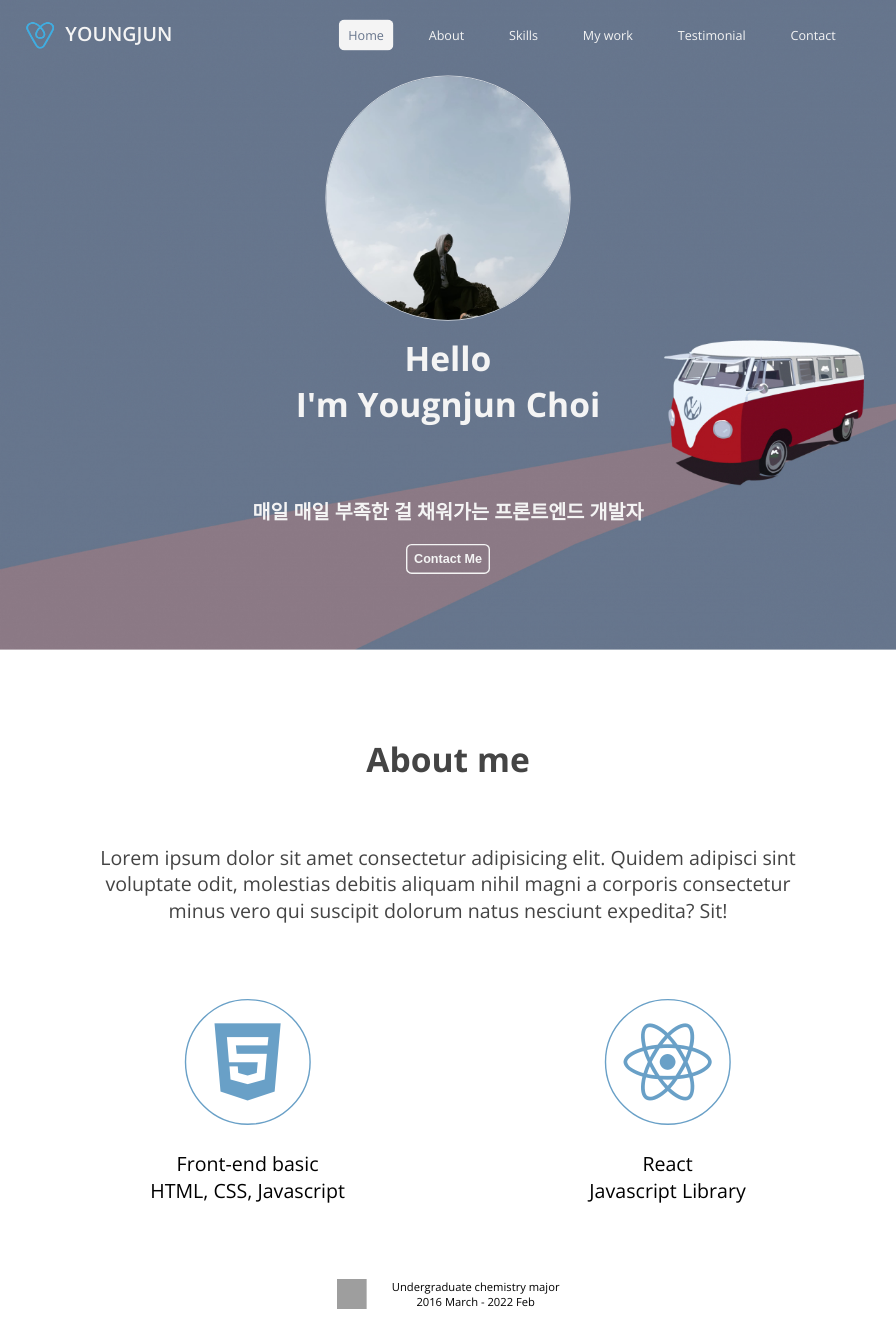
Repository: choi2021/portfolio-vanillaJS
Page: index.html
These files come from the project's save history. The page is drawn as it stood at one moment and after the next save; the edit follows.
The browser window is 1280 px wide. The pictures show the part of the page from y = 0 to 1920 px (the page is 5636 px tall), at 70% of full size.
Pictures or frames that could not be fetched are drawn as grey boxes. Some web libraries are served in a nearby version.

Above is the page before, as saved 2022-01-08 14:48:54.

### index.html
<!DOCTYPE html>
<html lang="en">

<head>
  <meta charset="UTF-8">
  <meta http-equiv="X-UA-Compatible" content="IE=edge">
  <meta name="viewport" content="width=device-width, initial-scale=1.0">
  <title>Youngjun's Portfolio</title>
  <meta name="description" content="Front-end developer Youngjun">
  <meta name="author" content="Youngjun ">
  <link rel="icon" href="public/favicon.png" type="public/png">
  <link rel="stylesheet" href="style.css">
  <script src="main.js" defer></script>
  <script src="https://kit.fontawesome.com/a6a726722e.js" crossorigin="anonymous"></script>
  <link href="https://fonts.googleapis.com/css2?family=Open+Sans:wght@400;600;700&display=swap" rel="stylesheet">
</head>

<body>
  <!-- Navbar -->
  <nav class="navbar">
    <div class="navbar__logo">
      <img src="public/favicon.png" alt="logo">
      <a href="#">YOUNGJUN</a>
    </div>
    <ul class="navbar__menu">
      <li class="navbar__menu__item active">Home</li>
      <li class="navbar__menu__item">About</li>
      <li class="navbar__menu__item">Skills</li>
      <li class="navbar__menu__item">My work</li>
      <li class="navbar__menu__item">Testimonial</li>
      <li class="navbar__menu__item">Contact</li>
    </ul>
  </nav>
  <!-- Home -->
  <section class="home">
    <img class="home__avatar" src="public/profile.jpg" alt="home-img">
    <h1 class="title">Hello <br> I'm Yougnjun Choi</h1>
    <h3 class="description">매일 매일 부족한 걸 채워가는 프론트엔드 개발자</h3>
    <button class="home__contact">contact me</button>
  </section>
  <!-- About -->
  <section class="about section">
    <div class="section__container">
      <h1 class="title">About me</h1>
      <p class="description">Lorem ipsum dolor sit amet consectetur adipisicing elit. Quidem adipisci sint voluptate
        odit, molestias debitis aliquam nihil magni a corporis consectetur minus vero qui suscipit dolorum natus
        nesciunt
        expedita? Sit!</p>
      <ul class="about__stacks">
        <li class="stack">
          <div class="stack__icon">
            <i class="fab fa-html5"></i>
          </div>
          <div class="stack__title">Front-end basic</div>
          <div class="stack__description">HTML, CSS, Javascript</div>
        </li>
        <li class="stack">
          <div class="stack__icon">
            <i class="fab fa-react"></i>
          </div>
          <div class="stack__title">React</div>
          <div class="stack__description">Javascript Library</div>
        </li>
      </ul>
      <div class="about__experience">
        <img src="public/gist_logo.jpg" alt="">
        <div class="experience__description">
          <div class="experience__name">Undergraduate chemistry major</div>
          <div class="experience__term">2016 March - 2022 Feb</div>
        </div>
      </div>
    </div>
  </section>
  <!-- Skills -->
  <section class="skills section">
    <div class="section__container">
      <h1 class="title">Skills</h1>
      <h2 class="sub_title">Skills & Attributes</h2>
      <p class="description">Lorem ipsum dolor sit amet, consectetur adipisicing elit. Harum cupiditate magnam modi
        eius? Soluta,
        quidem sed dicta animi maiores nemo laudantium dolores aliquam, molestias suscipit id accusantium unde
        temporibus
        nostrum.</p>
      <div class="skillset">
        <div class="skillset__left">
          <h3 class="skillset__title">Skills</h3>
          <div class="skill">
            <div class="skill__description">
              <span class="description__name">HTML</span>
              <span class="description__figure">80%</span>
            </div>
            <div class="skill__bar">
              <div class="skill__value" style="width: 80%"></div>
            </div>
          </div>
          <div class="skill">
            <div class="skill__description">
              <span class="description__name">CSS</span>
              <span class="description__figure">60%</span>
            </div>
            <div class="skill__bar">
              <div class="skill__value" style="width: 60%"></div>
            </div>
          </div>
          <div class="skill">
            <div class="skill__description">
              <span class="description__name">Javascript</span>
              <span class="description__figure">40%</span>
            </div>
            <div class="skill__bar">
              <div class="skill__value" style="width: 40%"></div>
            </div>
          </div>
          <div class="skill">
            <div class="skill__description">
              <span class="description__name">React</span>
              <span class="description__figure">10%</span>
            </div>
            <div class="skill__bar">
              <div class="skill__value" style="width:10%"></div>
            </div>
          </div>
        </div>
        <div class="skillset__right">
          <section class="tools">
            <h3 class="tools__title">Tools</h3>
            <ul class="tools__list">
              <li>
                <span>Visual Studio</span>
              </li>
            </ul>
          </section>
          <section class="etc">
            <h3 class="skillset__title">Etc</h3>
            <ul class="etc__list">
              <li>
                <span>Git</span>
              </li>
            </ul>
          </section>
        </div>
      </div>
    </div>
  </section>
  <section class="work section">
    <div class="section__container">
      <h1 class="title">My Work</h1>
      <h2 class="description">Projects</h2>
      <div class="work__categories">
        <button class="category__btn active">
          All
          <span class="category__count">8</span>
        </button>
        <button class="category__btn">HTML+CSS<span class="category__count">3</span></button>
        <button class="category__btn">HTML+CSS+Javascript<span class="category__count">3</span></button>
        <button class="category__btn">React<span class="category__count">2</span></button>
      </div>
      <div class="work__projects">
        <a href="#" class="project">
          <img src="public/background.jpg" alt="">
          <div class="project__description">
            <h3>Youtube UI</h3>
            <span>Clone coding with HTML and CSS</span>
          </div>
        </a>
        <a href="#" class="project">
          <img src="public/background.jpg" alt="">
          <div class="project__description">
            <h3>Youtube UI</h3>
            <span>Clone coding with HTML and CSS</span>
          </div>
        </a>
        <a href="#" class="project">
          <img src="public/background.jpg" alt="">
          <div class="project__description">
            <h3>Youtube UI</h3>
            <span>Clone coding with HTML and CSS</span>
          </div>
        </a>
        <a href="#" class="project">
          <img src="public/background.jpg" alt="">
          <div class="project__description">
            <h3>Youtube UI</h3>
            <span>Clone coding with HTML and CSS</span>
          </div>
        </a>
        <a href="#" class="project">
          <img src="public/background.jpg" alt="">
          <div class="project__description">
            <h3>Youtube UI</h3>
            <span>Clone coding with HTML and CSS</span>
          </div>
        </a>
        <a href="#" class="project">
          <img src="public/background.jpg" alt="">
          <div class="project__description">
            <h3>Youtube UI</h3>
            <span>Clone coding with HTML and CSS</span>
          </div>
        </a>
        <a href="#" class="project">
          <img src="public/background.jpg" alt="">
          <div class="project__description">
            <h3>Youtube UI</h3>
            <span>Clone coding with HTML and CSS</span>
          </div>
        </a>
        <a href="#" class="project">
          <img src="public/background.jpg" alt="">
          <div class="project__description">
            <h3>Youtube UI</h3>
            <span>Clone coding with HTML and CSS</span>
          </div>
        </a>
      </div>
    </div>
  </section>
  <section class="testimonials section">
    <div class="section__container">
      <h1 class="title">Testimonials</h1>
      <h2 class="description">See what they say about me</h2>
      <div class="testimonialset">
        <div class="testimonial">
          <img class="testimonial__avatar" src="public/background2.jpg" alt="">
          <div class="testimonial__speech-bubble">
            <span>Lorem ipsum dolor sit amet consectetur adipisicing elit. Minus tenetur in minima voluptatum! Accusamus
              suscipit laborum corrupti quidem fuga ratione doloremque. Fugiat porro sapiente sed suscipit delectus
              animi
              harum officia!</span>
            <div class="name-and-company">
              <span class="name"><a href="#"> Ellie</a></span>
              <span class="companay">TigerSpike</span>
            </div>
          </div>
        </div>
        <div class="testimonial">
          <div class="section__container"></div>
          <div class="testimonial__speech-bubble">
            <span>Lorem ipsum dolor sit amet consectetur adipisicing elit. Minus tenetur in minima voluptatum! Accusamus
              suscipit laborum corrupti quidem fuga ratione doloremque. Fugiat porro sapiente sed suscipit delectus
              animi
              harum officia!</span>
            <div class="name-and-company">
              <span class="name"><a href="#"> Ellie</a></span>
              <span class="companay">TigerSpike</span>
            </div>
          </div>
          <img class="testimonial__avatar" src="public/background2.jpg" alt="">
        </div>
      </div>
    </div>

  </section>
  <section class="contact section">
    <h1 class="title">Let's Talk</h1>
    <h2 class="contact__email">juni2004c@gmail.com</h2>
    <div class="contact__links">
      <a href="#">
        <i class="fab fa-github"></i>
      </a>
    </div>
    <p class="contact__rights">2022 Youngjun Choi- All rights reserved</p>
  </section>
</body>

</html>

### style.css
:root {
  /* color */
  --white-color: #f4f4f4;
  --blue-color: #69a0c7;
  --light-yellow-color: #fff6cb;
  --deep-yellow-color: #feac3e;
  --pink-color: #fd8682;
  --black-color: #444444;
  --dark-gray-color: #565656;
  --dim-gray-color: #706f6d;
  --light-gray-color: #d1d1d1;
  --dark-red-color: #8c7a86;
  --dark-blue-color: #67758c;

  /* Space */
  --base-space: 36px;

  /* Font weight */
  --weight-bold: 700;
  --weight-semi-bold: 600;
  --weight-regular: 400;

  /* Font-size */
  --font-large: 48px;
  --font-medium: 28px;
  --font-regular: 18px;
  --font-small: 16px;

  /* size */
  --count-size: 32px;
  --border-size: 8px;
  --logo-size: 43px;
  --avatar-size: 350px;
  --stack-size: 180px;
  --project-width: 280px;
  --project-height: 250px;
  --testimonial-size: 250px;
}

/* Universal tags */
* {
  box-sizing: border-box;
}

h1 {
  font-size: var(--font-large);
  font-weight: var(--weight-bold);
  color: var(--black-color);
  margin: 16px 0px;
}

h2 {
  font-size: var(--font-medium);
  font-weight: var(--weight-semi-bold);
  color: var(--black-color);
  margin: 8px 0px;
}

body {
  margin: 0;
  font-family: "Open Sans", sans-serif;
}

ul {
  list-style: none;
  padding-left: 0;
}

a {
  text-decoration: none;
  color: var(--black-color);
}

button {
  border: none;
  outline: none;
  background-color: transparent;
  cursor: pointer;
}

/* navbar */

.navbar {
  display: flex;
  justify-content: space-between;
  align-items: center;
  background-color: transparent;
  font-size: var(--font-medium);
  position: fixed;
  top: 0;
  width: 100%;
  padding: 0 var(--base-space);
}

.navbar__logo {
  display: flex;
}

.navbar__logo img {
  width: var(--logo-size);
  height: var(--logo-size);
  margin-right: calc(0.4 * var(--base-space));
}

.navbar__logo a {
  font-size: var(--font-medium);
  font-weight: var(--weight-semi-bold);
  color: var(--white-color);
}

.navbar__menu {
  display: flex;
  padding-left: 0;
}

.navbar__menu__item {
  padding: 8px 12px;
  font-size: var(--font-regular);
  cursor: pointer;
  border: 2px transparent solid;
  border-radius: var(--border-size);
  color: var(--white-color);
  margin-right: var(--base-space);
}

.navbar__menu__item:hover {
  border: 2px white solid;
}

.navbar__menu__item.active {
  background-color: var(--white-color);
  color: var(--dark-blue-color);
}

/* Home */

.home {
  padding: calc(3 * var(--base-space)) var(--base-space);
  background: url(./public/background.jpg) no-repeat center/cover;
  text-align: center;
}

.home__avatar {
  width: var(--avatar-size);
  height: var(--avatar-size);
  border-radius: 50%;
  border: 1px white solid;
}

.home .title {
  font-size: var(--font-large);
  font-weight: var(--weight-bold);
  text-align: center;
  color: var(--white-color);
}

.home .description {
  padding-top: calc(2 * var(--base-space));
  font-size: var(--font-medium);
  color: var(--white-color);
}

.home__contact {
  font-size: var(--font-regular);
  font-weight: var(--weight-bold);
  color: var(--white-color);
  text-transform: capitalize;
  padding: calc(0.25 * var(--base-space));
  border: solid var(--white-color) 2px;
  border-radius: var(--border-size);
}

.home__contact:hover {
  background-color: var(--white-color);
  color: var(--dark-blue-color);
}

.section {
  padding: calc(3 * var(--base-space)) var(--base-space);
  text-align: center;
}

.section__container {
  max-width: 1200px;
  margin: auto;
}

.about .description {
  width: 85%;
  margin: auto;
  padding-top: calc(2 * var(--base-space));
  font-size: var(--font-medium);
  text-align: center;
  color: var(--black-color);
  margin-bottom: calc(2 * var(--base-space));
}

.about__stacks {
  display: flex;
  justify-content: space-around;
  padding-left: 0;
  margin: calc(3 * var(--base-space)) 0;
}

.stack {
  font-size: var(--font-medium);
  display: flex;
  flex-direction: column;
  align-items: center;
  text-align: center;
}

.stack__icon {
  font-size: calc(0.7 * var(--stack-size));
  width: var(--stack-size);
  height: var(--stack-size);
  display: flex;
  justify-content: center;
  align-items: center;
  color: var(--blue-color);
  border: 2px solid var(--blue-color);
  border-radius: 50%;
  margin-bottom: var(--base-space);
  transition: transform 300ms ease-in;
}

.stack__icon:hover {
  transform: rotate(45deg);
  color: var(--dark-blue-color);
  border: 2px solid var(--dark-blue-color);
}

.about__experience {
  display: flex;
  justify-content: center;
  width: 50%;
  margin: auto;
}

.about__experience img {
  width: var(--logo-size);
  height: var(--logo-size);
  margin-right: var(--base-space);
}

.skills {
  background-color: var(--light-yellow-color);
}

.skills .sub_title {
  font-size: var(--font-medium);
  font-weight: var(--weight-bold);
  text-align: center;
  color: var(--black-color);
}

.skills .description {
  width: 85%;
  margin: auto;
  padding-top: calc(2 * var(--base-space));
  font-size: var(--font-medium);
  text-align: center;
  color: var(--black-color);
  margin-bottom: calc(2 * var(--base-space));
}

.skillset {
  display: flex;
  background-color: var(--black-color);
}

.skillset__left {
  flex-basis: 60%;
  display: flex;
  color: var(--white-color);
  flex-direction: column;
  align-items: center;
  padding: var(--base-space);
}

.skillset__title {
  font-size: var(--font-regular);
}

.skill {
  width: 100%;
  margin-bottom: var(--base-space);
}

.skill__description {
  width: 100%;
  font-size: var(--font-small);
  display: flex;
  justify-content: space-between;
}

.skill__bar {
  height: 3px;
  background-color: var(--dim-gray-color);
}

.skill__value {
  height: 3px;
  background-color: var(--deep-yellow-color);
}

.skillset__right {
  flex-basis: 40%;
  display: flex;
  flex-direction: column;
  margin: 0;
  text-align: center;
}

.tools {
  background-color: var(--dark-gray-color);
  width: 100%;
  height: 50%;
  color: var(--white-color);
}

.etc {
  background-color: var(--dim-gray-color);
  padding-left: 0;
  height: 50%;
  color: var(--white-color);
}

.tools__list,
.etc__list {
  padding-left: 0;
}

.work .description {
  width: 85%;
  margin: auto;
  padding-top: calc(2 * var(--base-space));
  color: var(--black-color);
  margin-bottom: calc(2 * var(--base-space));
}

.work__categories {
  margin-bottom: var(--base-space);
}

.category__btn {
  font-size: var(--font-regular);
  padding: 8px 12px;
  border: 1px solid var(--dim-gray-color);
  border-radius: var(--border-size);
}

.category__btn.active {
  color: var(--white-color);
  background-color: var(--dark-blue-color);
}

.category__count {
  display: inline-block;
  font-size: var(--font-regular);
  border-radius: 50%;
  width: var(--count-size);
  height: var(--count-size);
  line-height: 32px;
  background-color: var(--deep-yellow-color);
  margin-left: 8px;
  position: relative;
  top: -40px;
  left: 4px;
  opacity: 0;
  transition: all 300ms ease-in;
}
.category__btn.active .category__count,
.category__btn:hover .category__count {
  opacity: 1;
  top: 0;
  left: 0;
}

.work__projects {
  display: flex;
  justify-content: center;
  flex-wrap: wrap;
  width: 100%;
}

.project {
  position: relative;
  width: var(--project-width);
  height: var(--project-height);
  margin-right: calc(0.5 * var(--base-space));
  margin-bottom: calc(0.5 * var(--base-space));
}

.project img {
  width: 100%;
  height: 100%;
}

.project__description {
  background-color: var(--light-yellow-color);
  position: absolute;
  top: 0;
  left: 0;
  width: 100%;
  height: 100%;
  display: flex;
  flex-direction: column;
  justify-content: center;
  opacity: 0;
  transform: translate(0, 10px);
  transition: all 300ms ease-in-out;
}

.project__description:hover {
  opacity: 0.9;
  transform: translate(0, 0);
}

.project__description h3::after {
  display: block;
  margin: auto;
  content: "";
  width: 125px;
  height: 2px;
  background-color: var(--dim-gray-color);
}

.project__description span {
  font-size: var(--font-small);
}

/* Testimonial */

.testimonials {
  background-color: var(--light-gray-color);
}

.testimonials .description {
  max-width: 1200px;
  padding-top: calc(var(--base-space));
  font-size: var(--font-medium);
  color: var(--black-color);
  margin-bottom: calc(2 * var(--base-space));
}

.testimonialset {
  display: flex;
  flex-direction: column;
}

.testimonial {
  display: flex;
  margin-bottom: var(--base-space);
}

.testimonial__avatar:nth-child(odd) {
  margin-right: 24px;
}

.testimonial__avatar :nth-child(even) {
  margin-left: 24px;
}

.testimonial__avatar {
  width: var(--testimonial-size);
  height: var(--testimonial-size);
}

.testimonial__speech-bubble {
  background-color: var(--white-color);
  padding: var(--base-space);
  font-size: var(--font-regular);
  text-align: center;
}

.testimonial__speech-bubble .name-and-company {
  margin-top: var(--base-space);
}

.testimonial__speech-bubble .name {
  font-weight: var(--weight-bold);
}

/* contact */
.contact {
  background-color: var(--dark-blue-color);
}

.contact .title,
.contact__email,
.contact__rights {
  color: var(--white-color);
}

.contact .title {
  font-size: var(--font-large);
}

.contact__email {
  font-size: var(--font-medium);
}

.contact__links {
  color: var(--white-color);
}

.contact__links a {
  font-size: var(--logo-size);
  color: var(--white-color);
}

.contact__links a i {
  transition: transform 300ms ease-in-out;
}

.contact__links a i:hover {
  transform: scale(1.1);
}

.contact__rights {
  font-size: var(--font-regular);
}

@media screen and (max-width: 768px) {
  :root {
    /* Space */
    --base-space: 24px;

    /* Font weight */
    --weight-bold: 700;
    --weight-semi-bold: 600;
    --weight-regular: 400;

    /* Font-size */
    --font-large: 36px;
    --font-medium: 24px;
    --font-regular: 16px;
    --font-small: 12px;

    /* size */
    --count-size: 32px;
    --border-size: 8px;
    --logo-size: 43px;
    --avatar-size: 250px;
    --stack-size: 180px;
    --project-width: 280px;
    --project-height: 250px;
    --testimonial-size: 250px;
  }

  .navbar__menu {
    flex-direction: column;
    display: none;
  }
}

### main.js
// navbar background color
const navbar = document.querySelector(".navbar");
const navbarInfo = navbar.getBoundingClientRect();
console.log(navbarInfo);
console.log(navbarInfo.height);

After the next save:
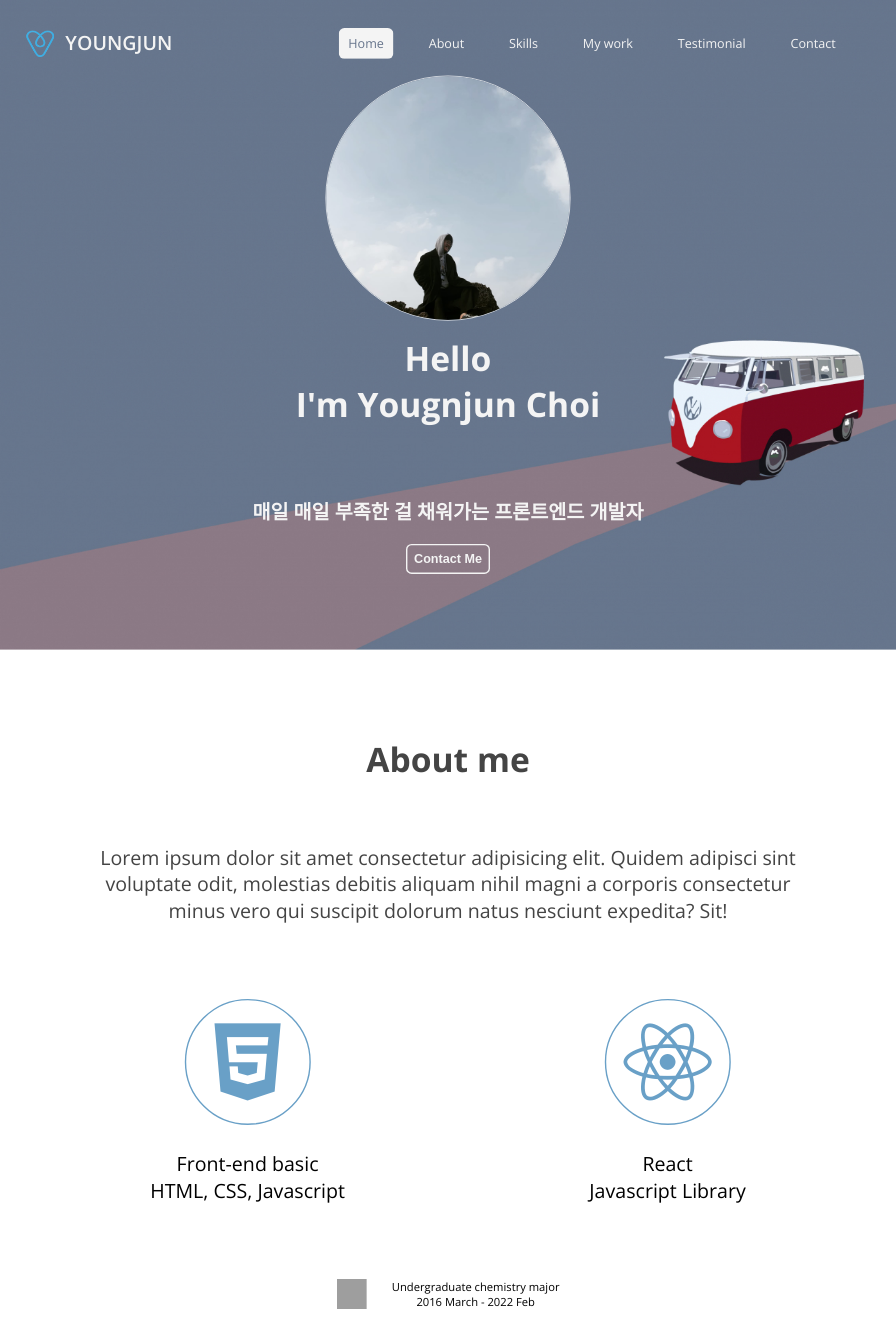
Saved 17 s later.
--- a/style.css
+++ b/style.css
@@ -89,7 +89,7 @@ button {
   position: fixed;
   top: 0;
   width: 100%;
-  padding: 0 var(--base-space);
+  padding: 12px var(--base-space);
 }
 
 .navbar__logo {
